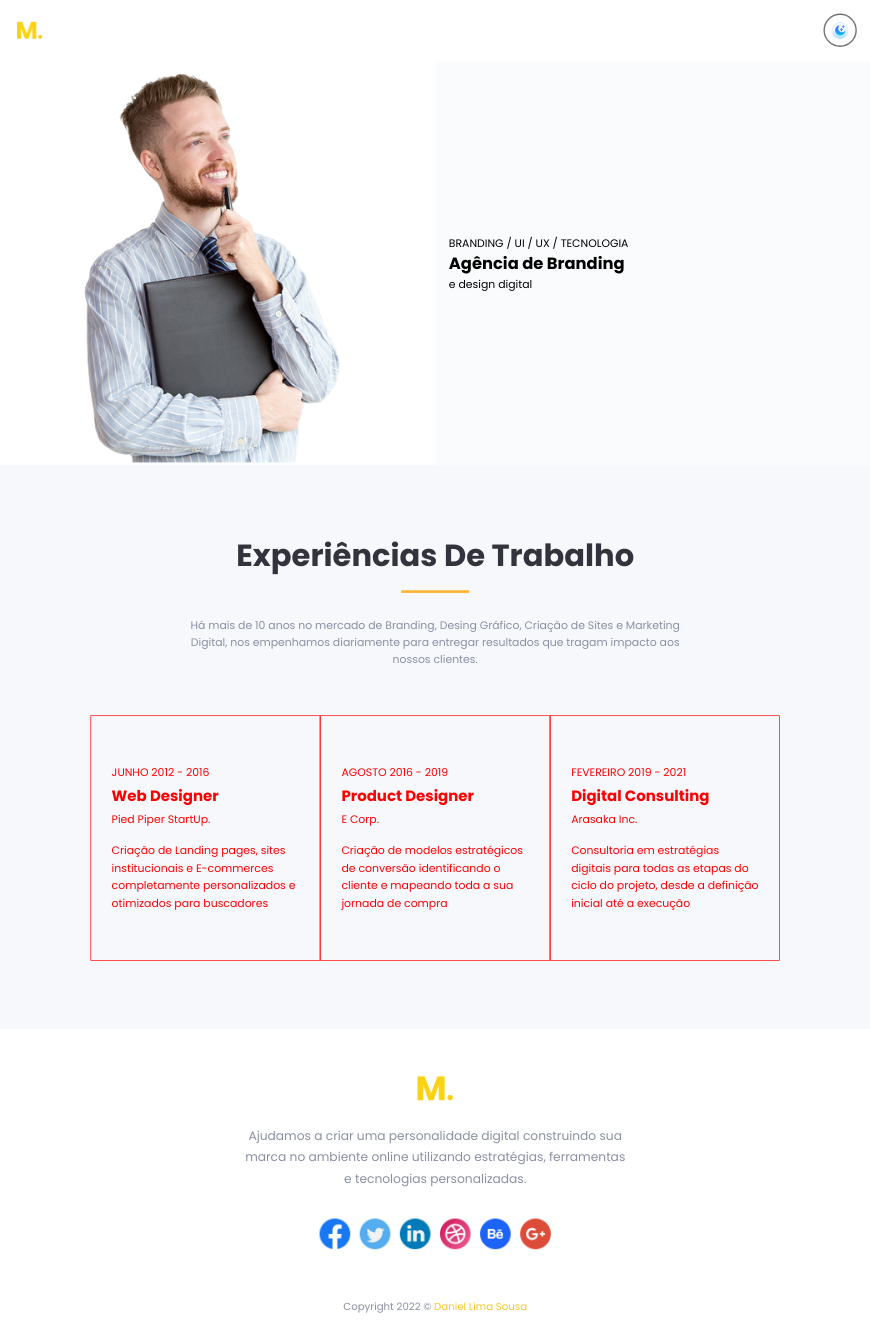
Repository: Daniells642/agencia-digital
Page: /
An editor plug-in stored every save of this project. The page is shown before and after the next save, followed by the edit.
The browser window is 1280 px wide. The pictures show the whole page, at 68% of full size.
The project was rebuilt for these pictures with package versions that can differ from the ones it lists, and the page was loaded fresh each time.

Above is the page before, as saved 2022-12-02 21:57:18.

After the next save:
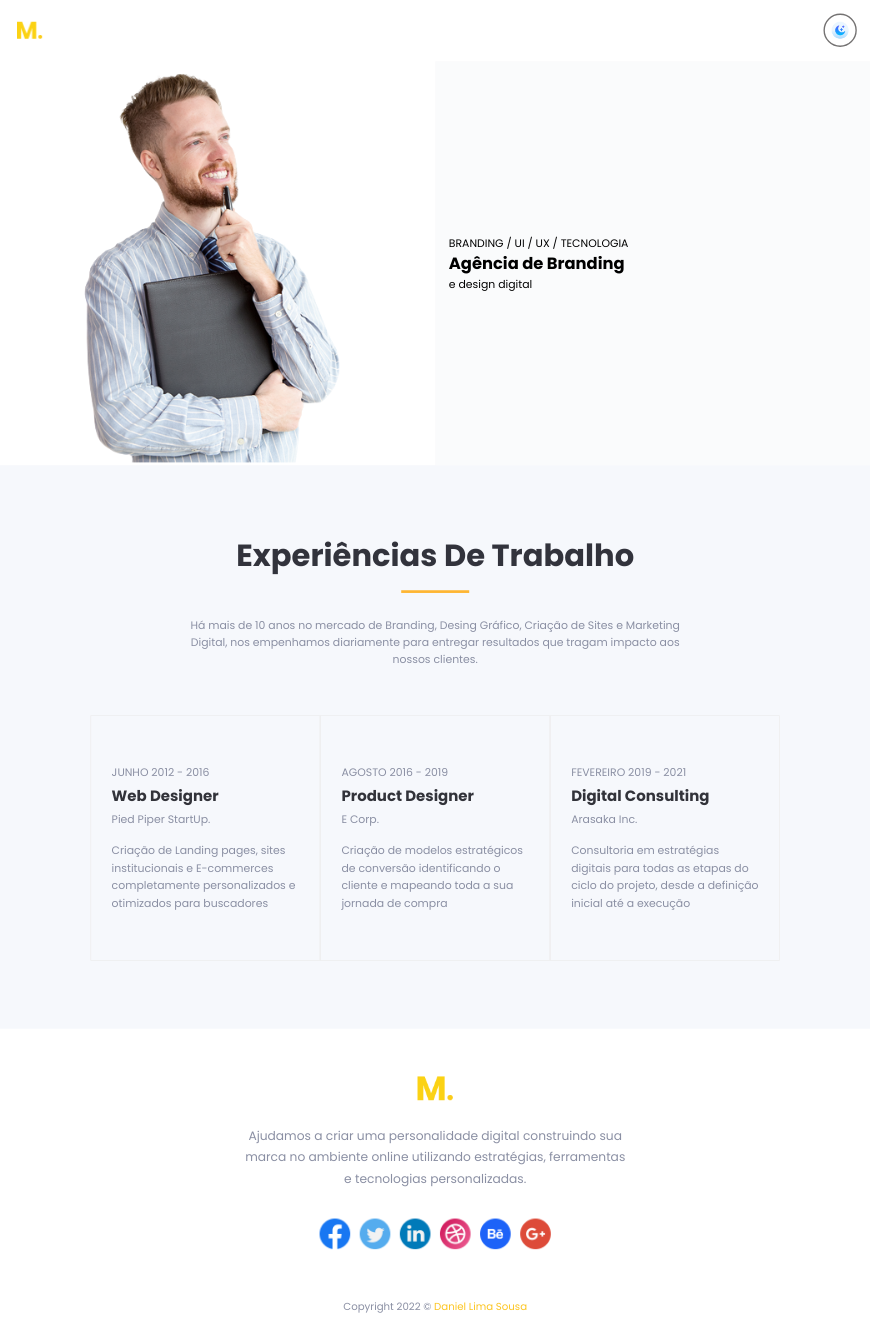
Saved 48 s later.
--- a/src/componentes/Card/index.jsx
+++ b/src/componentes/Card/index.jsx
@@ -3,7 +3,7 @@
 export default function Card(props) {
 
   return(
-    <div id="card" className={props.ehTemaEscuro ? "card-modo-claro" : "card-modo-escuro"}>
+    <div id="card" className={props.ehTemaEscuro ? 'card-modo-escuro' : 'card-modo-claro'}>
       <p className="primeiroParagrafo">{props.data}</p>
       <h4>{props.titulo}</h4>
       <p className="segundoParagrafo">{props.empresa}</p>

After the 2 saves that followed:
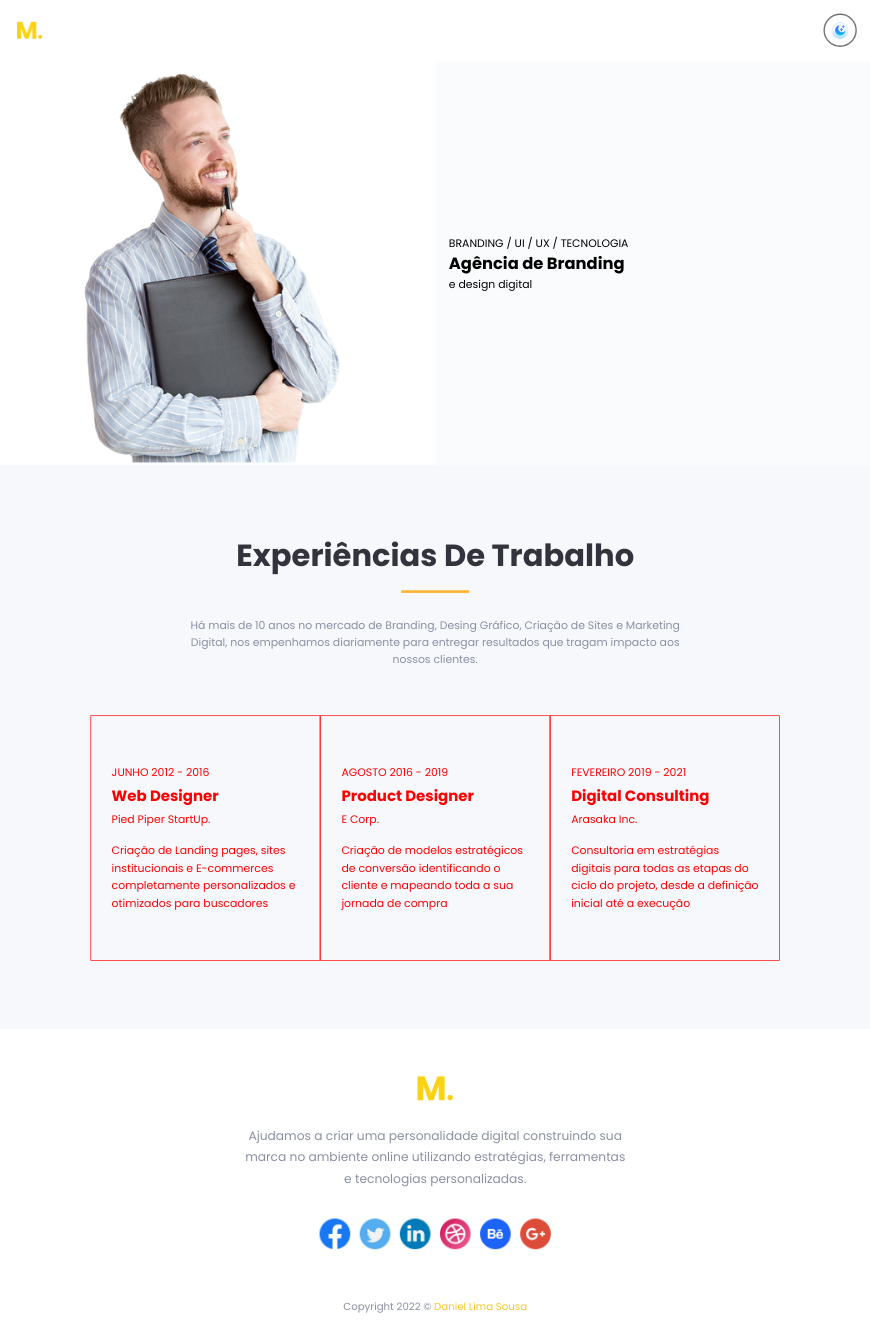
The 2 saves are shown as one change because 1 left the picture as it was.
The last was saved 49 s later.
--- a/src/componentes/Card/index.jsx
+++ b/src/componentes/Card/index.jsx
@@ -3,7 +3,7 @@
 export default function Card(props) {
 
   return(
-    <div id="card" className={props.ehTemaEscuro ? 'card-modo-escuro' : 'card-modo-claro'}>
+    <div id="card" className={props.ehTemaEscuro ? 'card-modo-claro' : 'card-modo-escuro'}>
       <p className="primeiroParagrafo">{props.data}</p>
       <h4>{props.titulo}</h4>
       <p className="segundoParagrafo">{props.empresa}</p>
